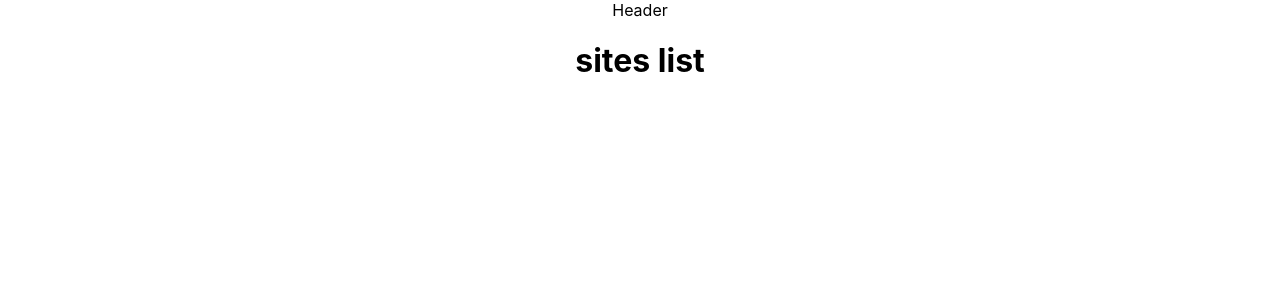
Repository: banchiec/ptasistemas
Page: /
An editor plug-in stored every save of this project. The page is shown before and after the next save, followed by the edit.
The browser window is 1280 px wide. The pictures show the whole page.
The page's requests for data from a server got no answer. The project was rebuilt for these pictures with package versions that can differ from the ones it lists, and the page was loaded fresh each time. No one was signed in, and anything a server would have sent is missing.

Above is the page before, as saved 2022-08-11 12:03:39.

### src/index.js
import React from 'react';
import ReactDOM from 'react-dom';
import './index.css';
import App from './App';
import { Provider } from 'react-redux'
import store from './redux/store';

ReactDOM.render(
  <React.StrictMode>
    <Provider store={store}>
      <App />
    </Provider>
  </React.StrictMode>,
  document.getElementById('root')
);

### src/App.js
import { Route, BrowserRouter as Router, Switch } from 'react-router-dom';
import './App.css';
import SitesListScreen from './screens/SitesListScreen/SitesListScreen';
import Header from './components/Header/Header';


function App() {
  return (
    <div className="App">
      <Router>
        <Header />
        <Switch>
          <Route path='/' component={SitesListScreen} />
        </Switch>
      </Router>
    </div>
  );
}

export default App;

### src/redux/store.js
import {
	legacy_createStore as createStore,
  applyMiddleware,
	compose
} from "redux";
import reducers from "./reducers";
import thunk from "redux-thunk";

const composeEnhancers =  window.__REDUX_DEVTOOLS_EXTENSION__COMPOSE || compose

const store = createStore(
	reducers,
	composeEnhancers(applyMiddleware(thunk))
)

export default store

### src/screens/SitesListScreen/SitesListScreen.js

import { useEffect } from "react"
import { useState } from "react"
import { useDispatch, useSelector } from "react-redux"
import { getSites } from "../../redux/actions/sitesActions"

const SitesListScreen = () => {
  const [currentSites, setCurrentSites] = useState([])
  const { sites } = useSelector((state) => state.sitesList)

  const dispatch = useDispatch()

  useEffect(() => {
    dispatch(getSites())
  }, [])

  return (
    <div>
      <h1>
        sites list
      </h1>
    </div>
  )
}
export default SitesListScreen

### src/components/Header/Header.js
const Header = () => {
	return (
		<header>
			Header
		</header>
	)
}
export default Header

### src/redux/reducers/index.js
import { combineReducers } from "redux";
import { sitesListReducers } from "./sitesReducers";

const reducers = combineReducers({
	sitesList: sitesListReducers ,
})

export default reducers

### src/redux/actions/sitesActions.js
import axios from "axios"
import { SITES_LIST_REQUEST } from "../constants/sitesConstants";

export const getSites = () => async function (dispatch) {
	const response = await axios.get('https://interview.staging.atresplayer.com/sites')
	console.log(response.data)
	dispatch({ type: SITES_LIST_REQUEST, payload: response.data })
}

### src/redux/reducers/sitesReducers.js
import { SITES_LIST_REQUEST } from "../constants/sitesConstants"

export const sitesListReducers = (state = [], { type, payload }) => {
  switch (type) {
    case SITES_LIST_REQUEST:
      return {
        ...state,
        sites: payload
      }
    default:
      return state
  }
}

### src/redux/constants/sitesConstants.js
export const SITES_LIST_REQUEST = 'SITES_LIST_REQUEST'

Loaded but not shown: public/index.html (common file); src/index.css (common file); src/App.css (common file)

After the next save:
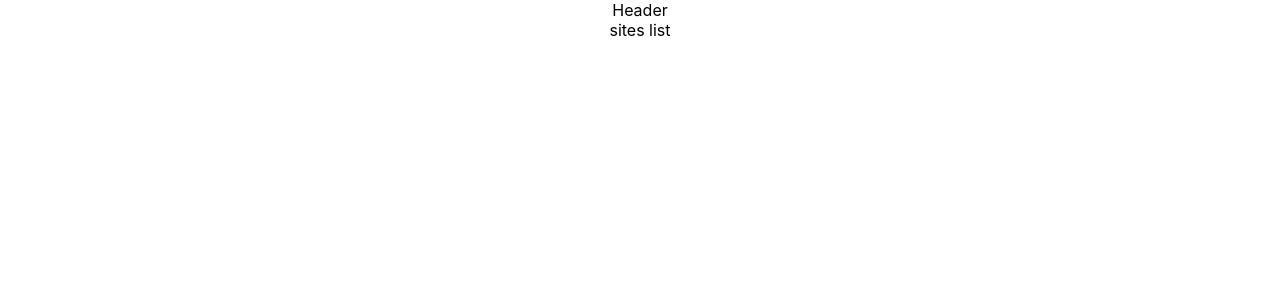
Saved 3 min 28 s later.
--- a/src/screens/SitesListScreen/SitesListScreen.js
+++ b/src/screens/SitesListScreen/SitesListScreen.js
@@ -16,9 +16,9 @@
 
   return (
     <div>
-      <h1>
-        sites list
-      </h1>
+      {
+      }
+      sites list
     </div>
   )
 }

After the save that followed:
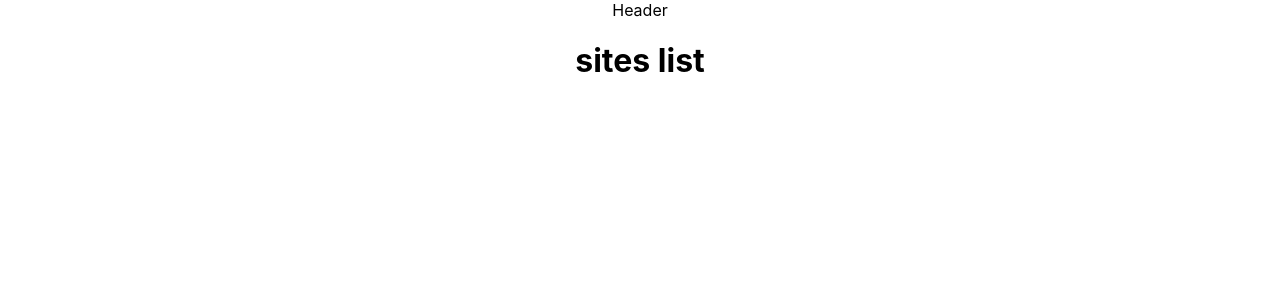
Saved 4 s later.
--- a/src/screens/SitesListScreen/SitesListScreen.js
+++ b/src/screens/SitesListScreen/SitesListScreen.js
@@ -13,12 +13,12 @@
   useEffect(() => {
     dispatch(getSites())
   }, [])
-
+  console.log(sites)
   return (
     <div>
-      {
-      }
-      sites list
+      <h1>
+        sites list
+      </h1>
     </div>
   )
 }
